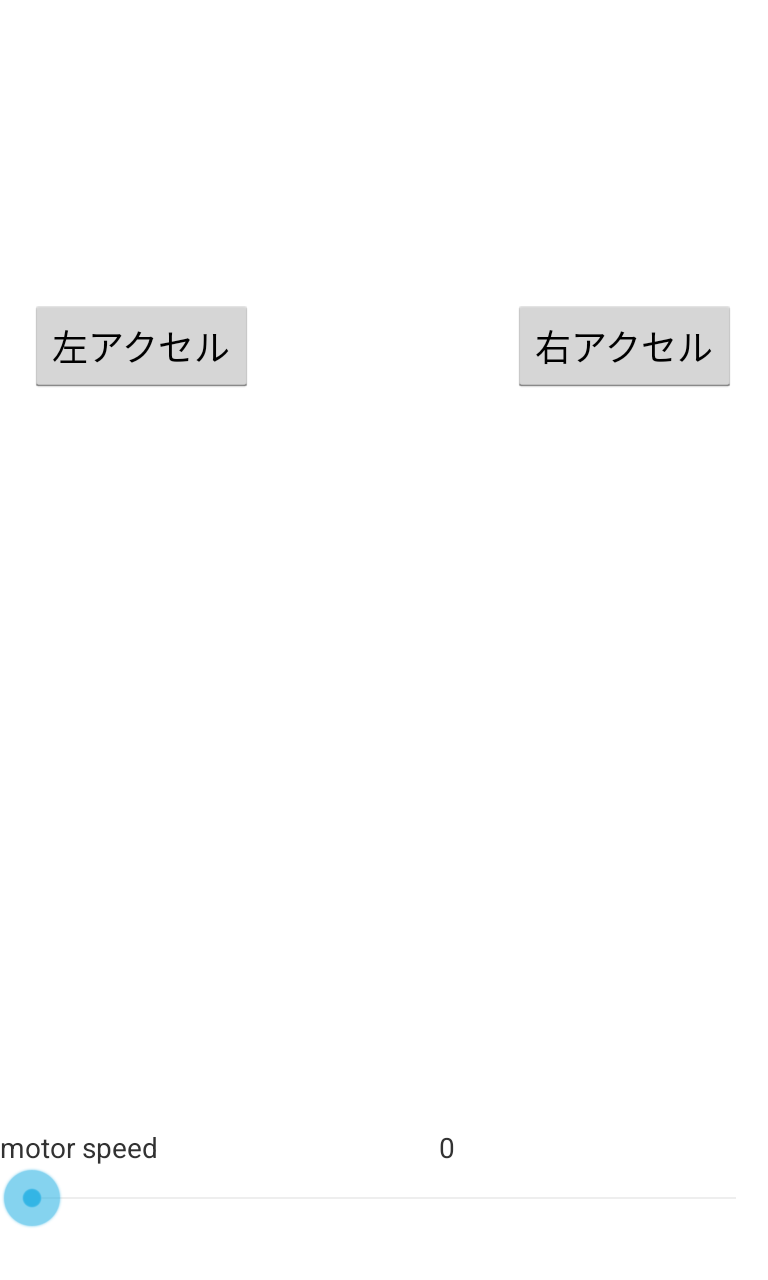
Repository: takugoto/2WD-car
Layout: workspace/2WDcar/res/layout/activity_main.xml
An editor plug-in stored every save of this project. The layout is shown before and after the next save, followed by the edit.
It is drawn on a 768 x 1280 px phone screen (xhdpi) without system bars, with theme AppTheme; the app's code is not run.

Above is the layout before, as saved 2012-12-06 06:05:44.

After the next save:
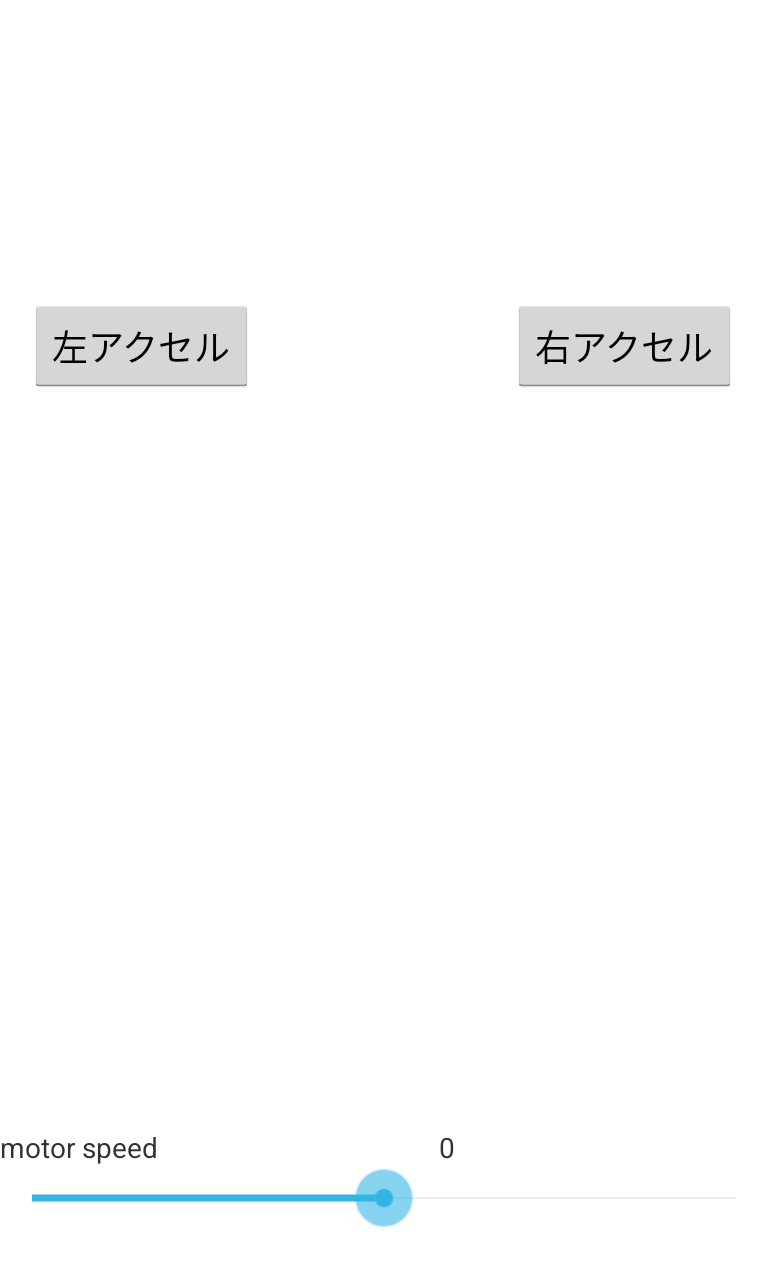
Saved 36 s later.
--- a/workspace/2WDcar/res/layout/activity_main.xml
+++ b/workspace/2WDcar/res/layout/activity_main.xml
@@ -10,8 +10,8 @@
         android:layout_alignParentBottom="true"
         android:layout_alignParentLeft="true"
         android:layout_marginBottom="25dp"
-        android:max="0"
-        android:progress="-50" />
+        android:max="100"
+        android:progress="50" />
 
     <Button
         android:id="@+id/button1"
